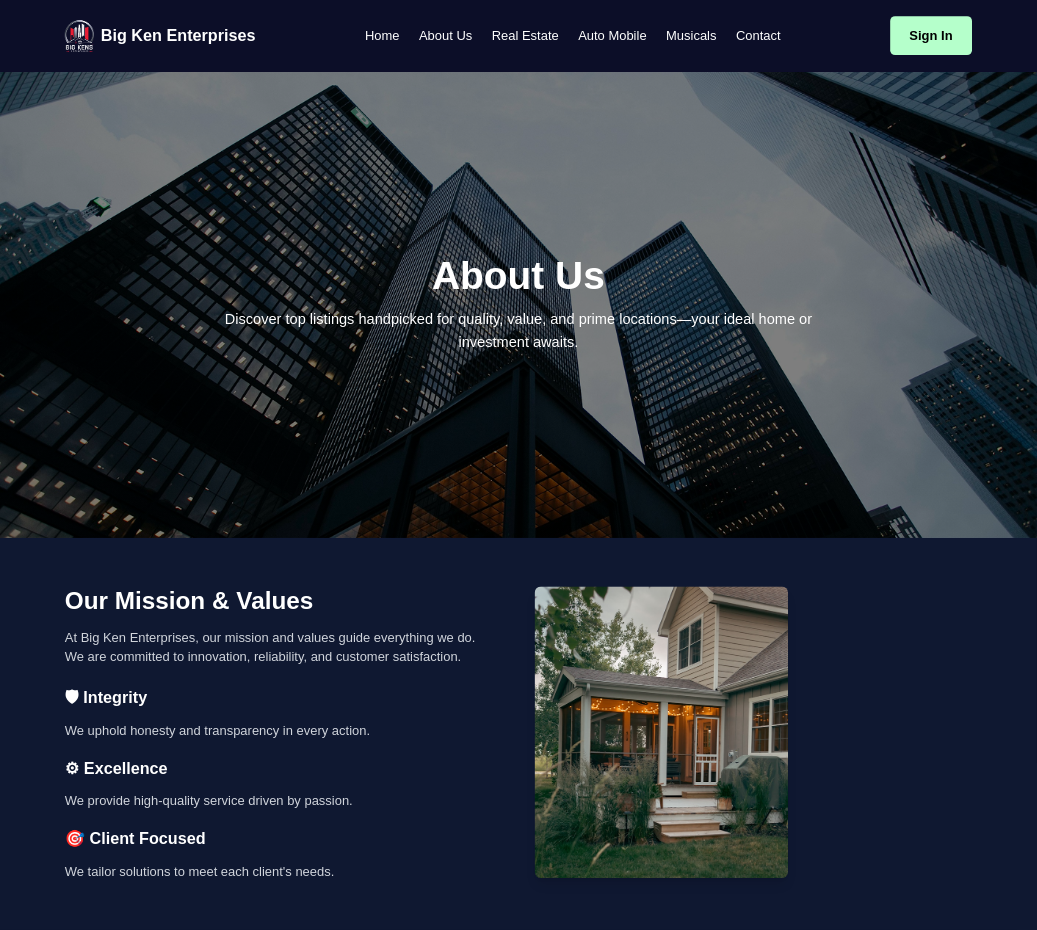
Repository: techvaro/Big-kens-realty-Frontend-react-
Page: /about (app in big-kens-realty/)
These files come from the project's save history. The page is drawn as it stood at one moment and after the next save; the edit follows.
The browser window is 1280 px wide. The pictures show the whole page, at 81% of full size.
The project was rebuilt for these pictures with package versions that can differ from the ones it lists, and the page was loaded fresh each time. Also part of the build but not shown: big-kens-realty/vite.config.js, big-kens-realty/src/components/Footer/Footer.jsx, big-kens-realty/src/components/Home/hero.jsx, big-kens-realty/src/components/Home/Services.jsx, big-kens-realty/src/components/Home/Stats.jsx, big-kens-realty/src/components/Home/About.jsx, big-kens-realty/src/components/Home/FeaturedProperties.jsx, big-kens-realty/src/components/Home/AutoMobileSale.jsx and 2 more.

Above is the page before, as saved 2025-12-08 14:56:11.

### big-kens-realty/index.html
<!doctype html>
<html lang="en">
  <head>
    <meta charset="UTF-8" />
    <link rel="icon" type="image/svg+xml" href="/vite.svg" />
    <meta name="viewport" content="width=device-width, initial-scale=1.0" />
    <title>big-kens-realty</title>
  </head>
  <body>
    <div id="root"></div>
    <script type="module" src="/src/main.jsx"></script>
  </body>
</html>

### big-kens-realty/src/index.css
@import "tailwindcss";

body {
  margin: 0;
  font-family: Arial, sans-serif;
  background-color: #0c0e28;
  color: white;
}

section {
  padding: 60px 80px;
}

h1, h2, h3 {
  margin: 0 0 15px 0;
}

.btn {
  background: #b5ffcb;
  color: #000;
  padding: 12px 25px;
  border-radius: 5px;
  border: none;
  font-weight: bold;
  cursor: pointer;
}

.btn1{
  background: #b5ffcb;
  color: #000;
  height: 30px;
  width: 80px;
  border: none;
  font-weight: bold;
  cursor: pointer;
  border-radius: 5px;
}

.card {
  background: #1b1e49;
  padding: 15px;
  border-radius: 8px;
}

nav img {
  width: auto !important;
}

### big-kens-realty/src/router/AppRouter.jsx
import { BrowserRouter, Routes, Route } from "react-router-dom";
import Home from "../Pages/Home";
import About from "../Pages/About";

// Placeholder components for routes that don't exist yet
// const About = () => <div>About Page</div>;
const RealEstate = () => <div>Real Estate Page</div>;
const AutoMobile = () => <div>Auto Mobile Page</div>;
const Music = () => <div>Music Page</div>;
const Contact = () => <div>Contact Page</div>;

export default function AppRouter() {
  return (
    <BrowserRouter>
      <Routes>
        <Route path="/" element={<Home />} />
        <Route path="/about" element={<About />} />
        <Route path="/real-estate" element={<RealEstate />} />
        <Route path="/auto-mobile" element={<AutoMobile />} />
        <Route path="/music" element={<Music />} />
        <Route path="/contact" element={<Contact />} />
      </Routes>
    </BrowserRouter>
  );
}

### big-kens-realty/src/Pages/About.jsx
import Navbar from "../components/navbar/navbar";
import Hero from "../components/About/Hero";
import MissionValues from "../components/About/mission";

export default function About() {
  return (
    <>
      <Navbar />
      <Hero />
      <MissionValues />
    </>
  );
}

### big-kens-realty/src/components/navbar/navbar.jsx
import { Link } from "react-router-dom";
import { useState } from "react";
import logo from "../../assets/image/logo.png";
import {
    Bars3Icon,
    HomeIcon,
    InformationCircleIcon,
    BuildingOfficeIcon,
    WrenchIcon,
    MusicalNoteIcon,
    PhoneIcon,
    XMarkIcon,
} from "@heroicons/react/24/outline";

export default function Navbar() {
  const [isMobileMenuOpen, setIsMobileMenuOpen] = useState(false);

  return (
    <div className="w-full relative">

        <nav className="hidden lg:flex items-center justify-between px-20 py-5 bg-[#0c0e28] sticky top-0 z-50">
            <span className="inline-flex items-center justify-left gap-2">
                <img src={logo} className="h-[40px] w-[40px] object-contain" alt="Big Ken Enterprises Logo" />
                <span className="text-xl font-bold text-white whitespace-nowrap">Big Ken Enterprises</span>
            </span>

            <div className="flex gap-6">
                <Link to="/" className="text-white hover:text-gray-300 transition">
                    Home
                </Link>

                <Link to="/about" className="text-white hover:text-gray-300 transition">
                    About Us
                </Link>

                <Link
                to="/real-estate"
                className="text-white hover:text-gray-300 transition"
                >
                Real Estate
                </Link>

                <Link
                to="/auto-mobile"
                className="text-white hover:text-gray-300 transition"
                >
                Auto Mobile
                </Link>

                <Link to="/music" className="text-white hover:text-gray-300 transition">
                Musicals
                </Link>

                <Link to="/contact" className="text-white hover:text-gray-300 transition">
                Contact
                </Link>
            </div>

            <button className="bg-[#b5ffcb] text-black px-6 py-3 rounded-md font-bold hover:bg-[#9ae6af] transition">
                Sign In
            </button>
        </nav>

        <nav className="flex lg:hidden items-center justify-between px-10 py-5 bg-[#0c0e28] sticky top-0 z-50">
            <span className="flex items-center justify-center gap-5">
                <img src={logo} className="h-[40px] w-[40px] object-contain" alt="Big Ken Enterprises Logo" />
                <span className="text-1xl font-bold text-white whitespace-normal">Big Ken Enterprises</span>
            </span>

            <span className="flex items-center justify-between gap-5">

                {/* Menu Icon */}
                <button
                  className="text-white"
                  onClick={() => setIsMobileMenuOpen(!isMobileMenuOpen)}
                >
                  {isMobileMenuOpen ? (
                    <XMarkIcon className="h-8 w-8 text-white cursor-pointer" />
                  ) : (
                    <Bars3Icon className="h-8 w-8 text-white cursor-pointer" />
                  )}
                </button>
            </span>
        </nav>

        {/* Mobile Menu */}
        <div
          className={`fixed top-16 left-0 w-full bg-[#0c0e28] z-40 transition-all duration-300 ease-in-out lg:hidden ${
            isMobileMenuOpen
              ? 'opacity-100 translate-y-0 pointer-events-auto'
              : 'opacity-0 -translate-y-10 pointer-events-none'
          }`}
        >
          <div className="flex flex-col items-center justify-center gap-5 p-5">
            <Link
              to="/"
              className="flex items-center gap-2 text-white hover:text-gray-300 transition w-full py-2 justify-center"
              onClick={() => setIsMobileMenuOpen(false)}
            >
              <HomeIcon className="h-5 w-5 text-white" /> Home
            </Link>

            <Link
              to="/about"
              className="flex items-center gap-2 text-white hover:text-gray-300 transition w-full py-2 justify-center"
              onClick={() => setIsMobileMenuOpen(false)}
            >
              <InformationCircleIcon className="h-5 w-5 text-white" /> About Us
            </Link>

            <Link
              to="/real-estate"
              className="flex items-center gap-2 text-white hover:text-gray-300 transition w-full py-2 justify-center"
              onClick={() => setIsMobileMenuOpen(false)}
            >
              <BuildingOfficeIcon className="h-5 w-5 text-white" /> Real Estate
            </Link>

            <Link
              to="/auto-mobile"
              className="flex items-center gap-2 text-white hover:text-gray-300 transition w-full py-2 justify-center"
              onClick={() => setIsMobileMenuOpen(false)}
            >
              <WrenchIcon className="h-5 w-5 text-white" /> Auto Mobile
            </Link>

            <Link
              to="/music"
              className="flex items-center gap-2 text-white hover:text-gray-300 transition w-full py-2 justify-center"
              onClick={() => setIsMobileMenuOpen(false)}
            >
              <MusicalNoteIcon className="h-5 w-5 text-white" /> Musicals
            </Link>

            <Link
              to="/contact"
              className="flex items-center gap-2 text-white hover:text-gray-300 transition w-full py-2 justify-center"
              onClick={() => setIsMobileMenuOpen(false)}
            >
              <PhoneIcon className="h-5 w-5 text-white" /> Contact
            </Link>
            <button className="bg-[#b5ffcb] text-black px-6 py-3 rounded-md font-bold hover:bg-[#9ae6af] transition w-full">
                Sign In
            </button>
          </div>
        </div>

    </div>

  );
}

### big-kens-realty/src/components/About/Hero.jsx
import heroImage from "../../assets/image_about/hero.png";

export default function Hero() {


    return (
        <section
            className="relative h-[80vh] flex items-center justify-center text-white bg-cover bg-center"
            style={{ backgroundImage: `linear-gradient(rgba(0,0,0,.5), rgba(0,0,0,.5)), url(${heroImage})` }}
        >


            {/* Content aligned with navbar */}
            <div className="relative z-10 w-full max-w-7xl mx-auto px-4 lg:px-20 text-center">
                <h1 className="text-5xl font-bold mb-4">About Us</h1>
                <p className="text-lg max-w-3xl mx-auto">
                    Discover top listings handpicked for quality, value, and prime
                    locations—your ideal home or investment awaits.
                </p>
            </div>
        </section>
    );

}

### big-kens-realty/src/components/About/mission.jsx
import heroImage from "../../assets/image_about/house.png";
// Mission & Values Section
export default function MissionValues() {
return (
<section className="py-16 px-6 md:px-20 bg-[#0F1831] text-white grid md:grid-cols-2 gap-10">
<div>
<h2 className="text-3xl font-bold mb-6">Our Mission & Values</h2>
<p className="mb-6 text-gray-300 max-w-lg">
At Big Ken Enterprises, our mission and values guide everything we do. We are committed to innovation, reliability,
and customer satisfaction.
</p>


<div className="space-y-5">
<div>
<h3 className="text-xl font-semibold">🛡 Integrity</h3>
<p className="text-gray-300 max-w-md">We uphold honesty and transparency in every action.</p>
</div>
<div>
<h3 className="text-xl font-semibold">⚙ Excellence</h3>
<p className="text-gray-300 max-w-md">We provide high-quality service driven by passion.</p>
</div>
<div>
<h3 className="text-xl font-semibold">🎯 Client Focused</h3>
<p className="text-gray-300 max-w-md">We tailor solutions to meet each client's needs.</p>
</div>
</div>
</div>


<img src={heroImage} alt="House" className="rounded-lg shadow-lg h-90" />
</section>
);
}

Loaded but not shown: big-kens-realty/src/main.jsx (common file); big-kens-realty/src/App.jsx (common file)

After the next save:
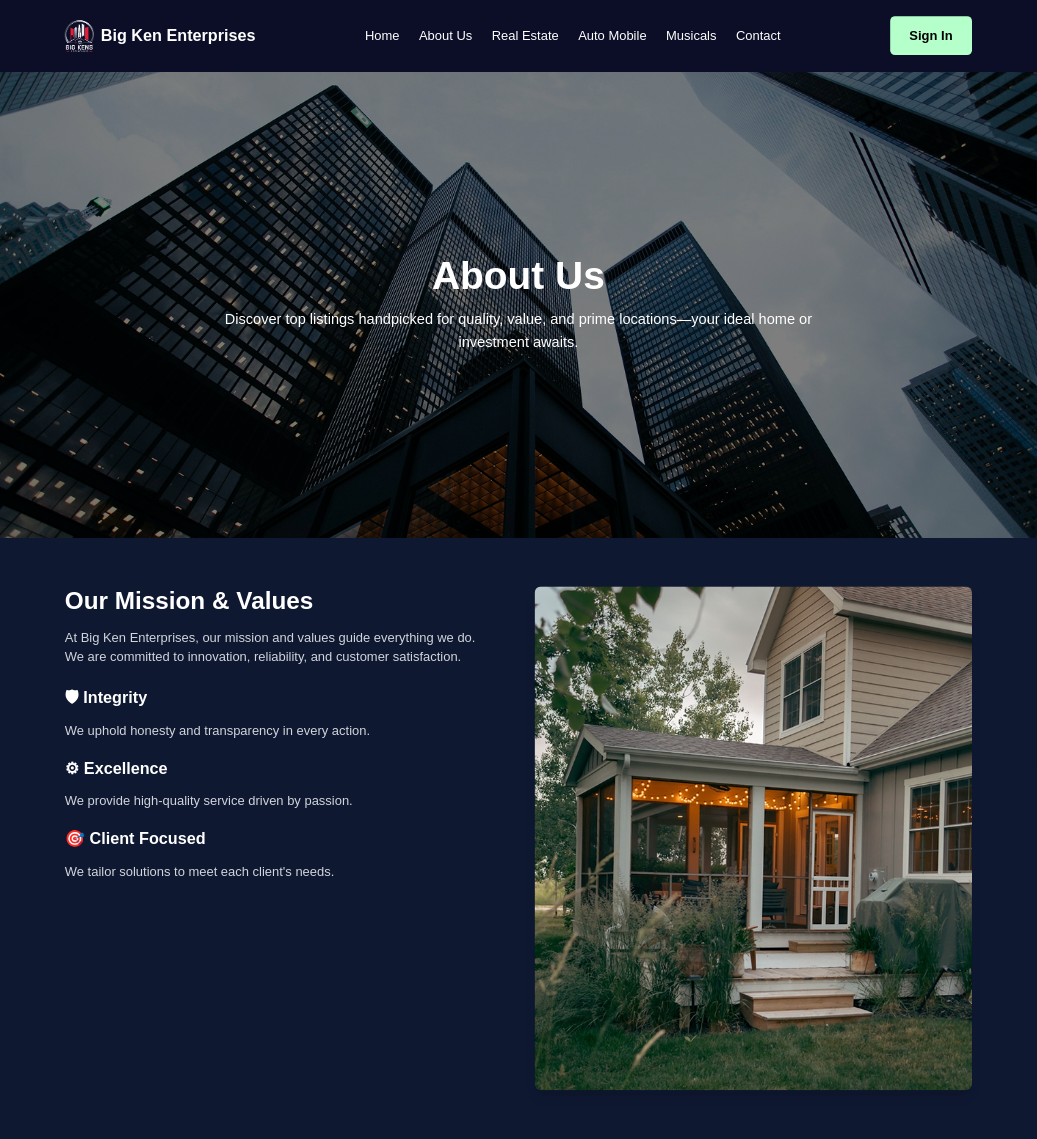
Saved 17 s later.
--- a/big-kens-realty/src/components/About/mission.jsx
+++ b/big-kens-realty/src/components/About/mission.jsx
@@ -28,7 +28,7 @@
 </div>
 
 
-<img src={heroImage} alt="House" className="rounded-lg shadow-lg h-90" />
+<img src={heroImage} alt="House" className="rounded-lg shadow-lg" />
 </section>
 );
 }

After the save that followed:
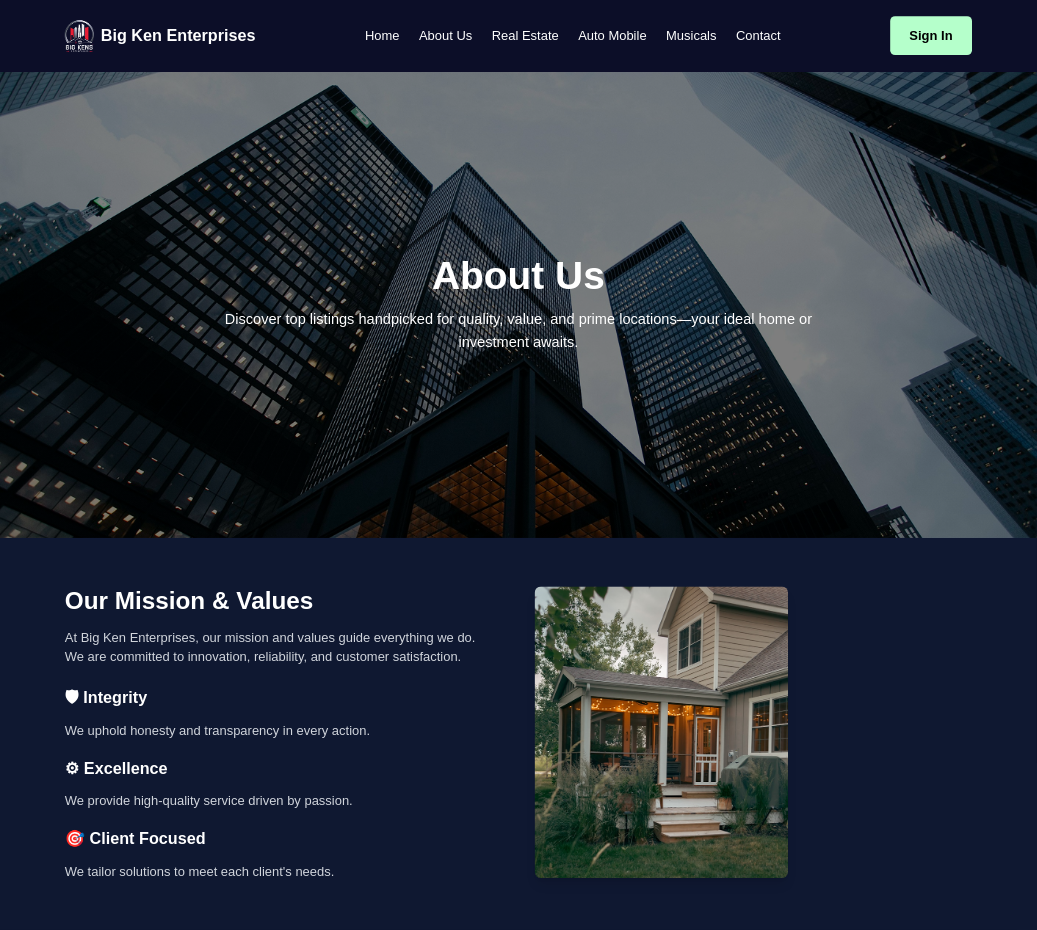
Saved 7 s later.
--- a/big-kens-realty/src/components/About/mission.jsx
+++ b/big-kens-realty/src/components/About/mission.jsx
@@ -28,7 +28,7 @@
 </div>
 
 
-<img src={heroImage} alt="House" className="rounded-lg shadow-lg" />
+<img src={heroImage} alt="House" className="rounded-lg shadow-lg h-90" />
 </section>
 );
 }
